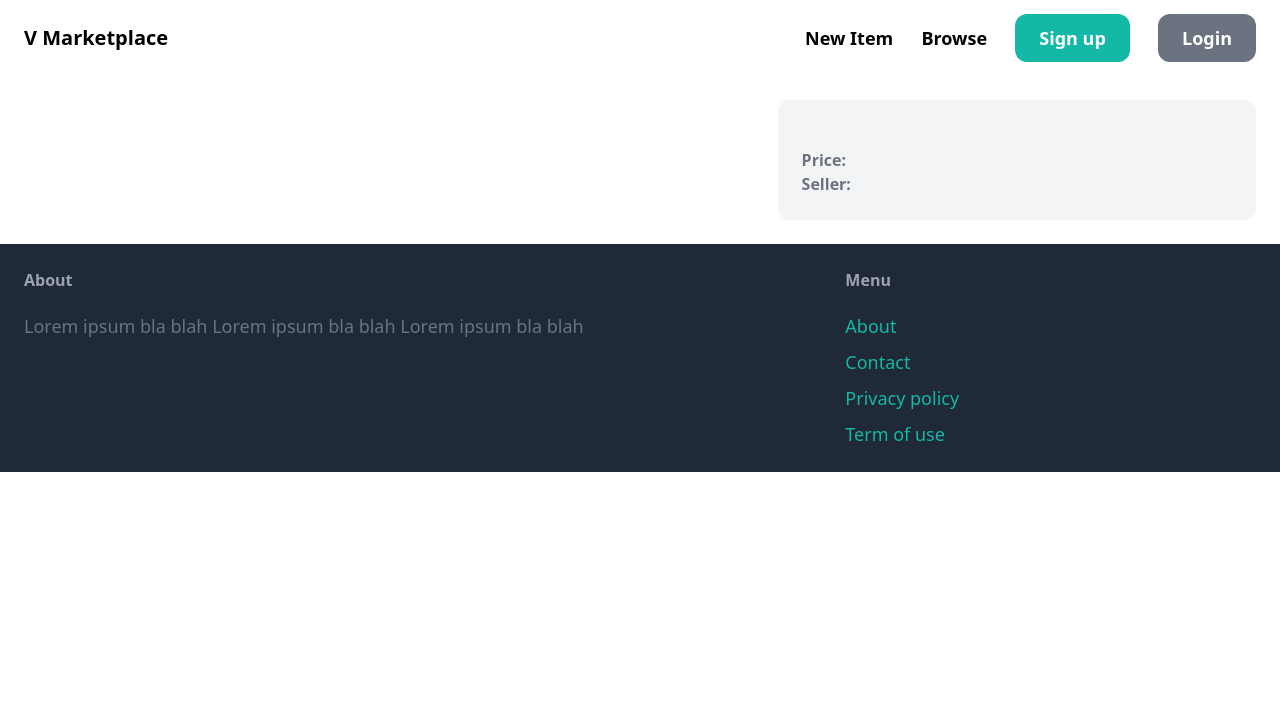
Repository: venu-369/marketplace_django
Page: marketplace/item/templates/item/detail.html
The author's editor kept a copy of each file at every save. The page is drawn from the files as they stood at one save, then again after the next save.
The browser window is 1280 px wide. The pictures show the whole page.
Some web libraries are served in a nearby version. The template is drawn by Django 4.2. The application's start-up code is not run. Other server files are loaded and not shown. The template is opened directly, without the code that normally fills it, so the values that code supplies are empty.

Above is the page before, as saved 2023-02-06 15:39:18.

### marketplace/item/templates/item/detail.html
{% extends 'core/base.html' %}

{% block title %}{{item.name}}{% endblock %}

{% block content %}
<div class="grid grid-cols-5 gap-6">
    <div class="col-span-3">
        <img src="{{item.image.url}}" class="rounded-xl"/>
    </div>

    <div class="col-span-2 p-6 bg-gray-100 rounded-xl">
        <h1 class="mb-6 text-3xl">{{ item.name }}</h1>
        <p class="text-gray-500"><strong>Price: </strong>{{ item.price }}</p>
        <p class="text-gray-500"><strong>Seller: </strong>{{ item.created_by.username }}</p>

        {% if item.description %}
            <p class="text-gray-700">
                <strong class="text-gray-500">Description</strong><br>
                {{ item.description }}
            </p>
        {% endif %}

    </div>
</div>

{% endblock %}

### marketplace/core/templates/core/base.html
<!doctype html>


<html>
    <head>
        <meta charset="utf-8">
        <meta name= "viewport" content="width=device-width, initial-scale=1">

        <script src="https://cdn.tailwindcss.com"></script>

        <title>{% block title %}{% endblock %} | V Marketplace</title>
    </head>

    <body>
        <nav class="py-6 px-6 flex justify-between items-center boreder-b border-gray-200">
            <a href="/" class="text-xl font-semibold">V Marketplace</a>

            <div class="space-x-6">
                <a href="#" class="text-lg font-semibold hover:text-gray-500">New Item</a>
                <a href="#" class="text-lg font-semibold hover:text-gray-500">Browse</a>

                <a href="#" class="px-6 py-3 text-lg font-semibold bg-teal-500 text-white rounded-xl hover:bg-teal-600">Sign up</a>
                <a href="#" class="px-6 py-3 text-lg font-semibold bg-gray-500 text-white rounded-xl hover:bg-gray-600">Login</a>
            </div>
        </nav>
        <div class="px-6 py-6">
            {% block content %}
            {% endblock %}
        </div>
        <footer class="py-6 px-6 flex justify-between bg-gray-800">
            <div class="w-2/3 pr-10">
                <h3 class="mb-5 font-semibold text-gray-400">About</h3>
                <p class="text-lg text-gray-500">Lorem ipsum bla blah Lorem ipsum bla blah Lorem ipsum bla blah</p>
            </div>
            <div class="w-1/3 ">
                <h3 class="mb-5 font-semibold text-gray-400">Menu</h3>

                <ul class="space-y-2">
                    <li><a href="#" class="text-lg text-teal-500 hover:text-teal-700">About</a></li>
                    <li><a href="{% url 'contact' %}" class="text-lg text-teal-500 hover:text-teal-700">Contact</a></li>
                    <li><a href="#" class="text-lg text-teal-500 hover:text-teal-700">Privacy policy</a></li>
                    <li><a href="#" class="text-lg text-teal-500 hover:text-teal-700">Term of use</a></li>
                </ul>

            </div>
        </footer>
    </body>
</html>

After the next save:
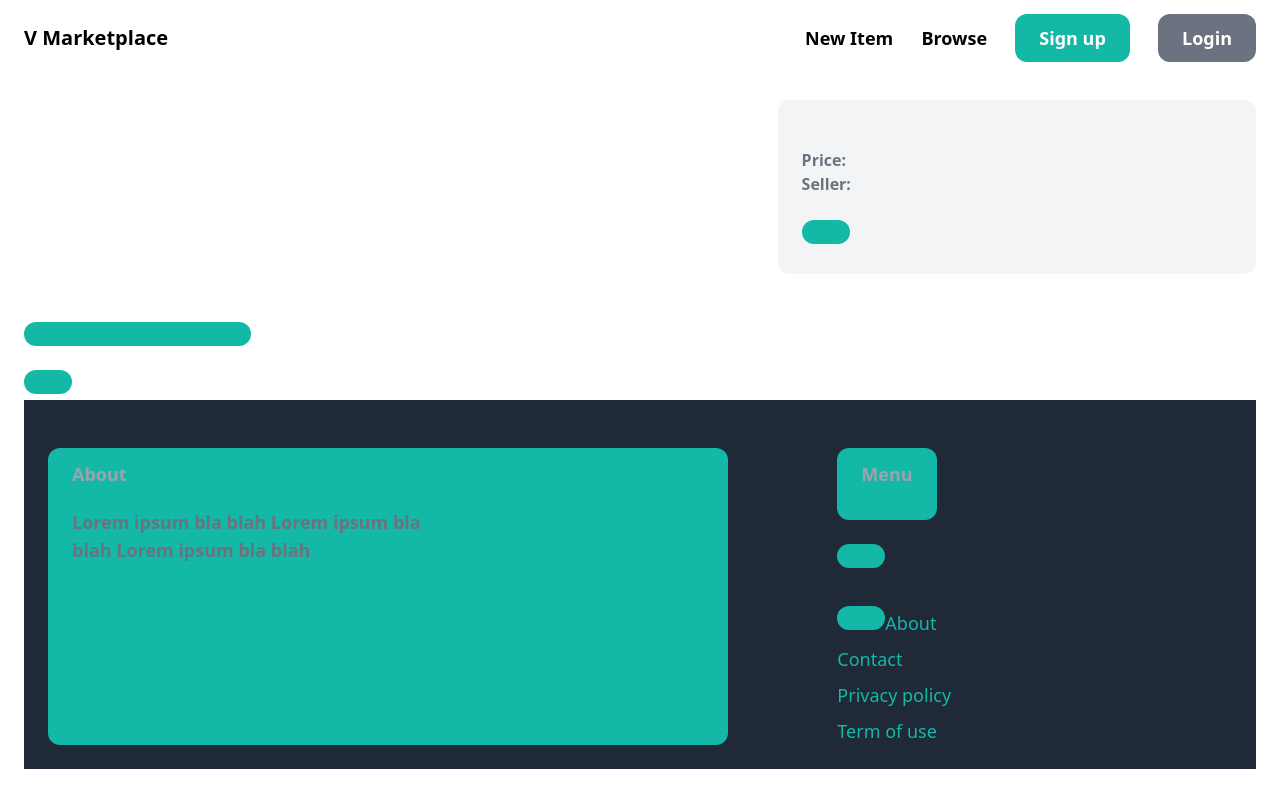
Saved 45 s later.
--- a/marketplace/item/templates/item/detail.html
+++ b/marketplace/item/templates/item/detail.html
@@ -20,6 +20,7 @@
             </p>
         {% endif %}
 
+        <a href="#" class="inline-block mt-6 px-6 py-3 text-lg font-semibold bg-teal-500 text-white rounded-xl hover:bg-teal-700"
     </div>
 </div>
 
